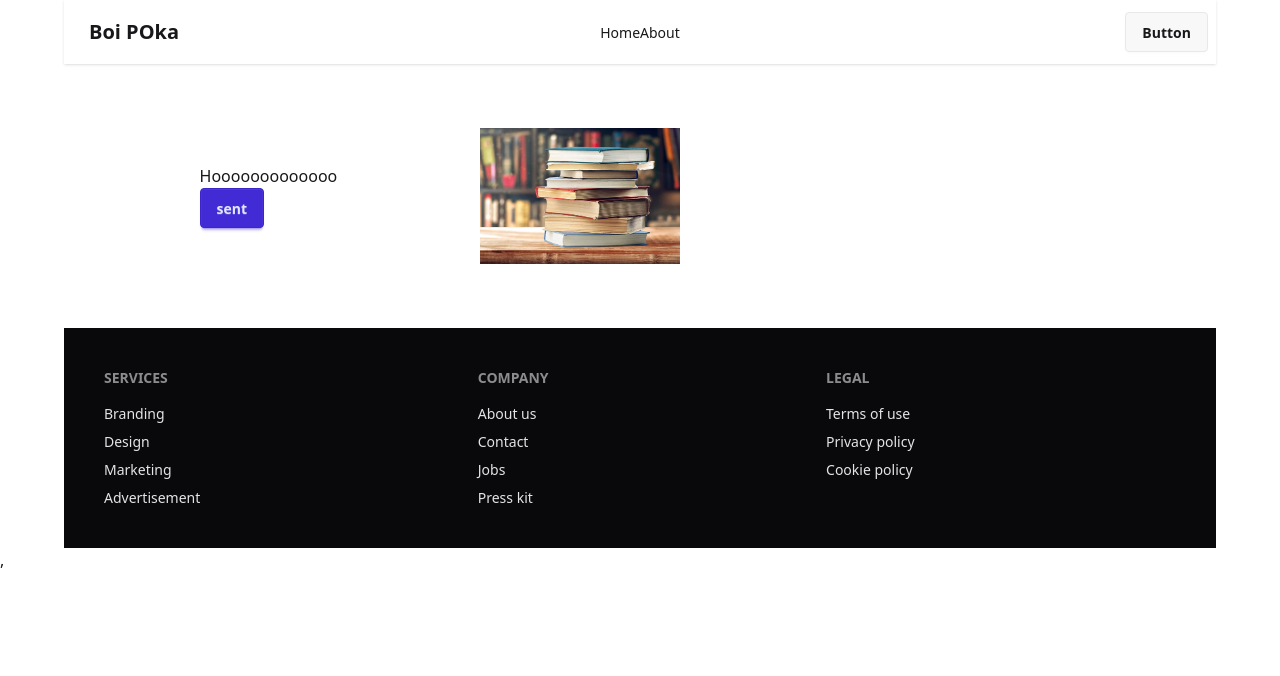
Repository: SanjidaSnigdha/Boipoka-Book-Vibe-Project
Page: /
These files come from the project's save history. The page is drawn as it stood at one moment and after the next save; the edit follows.
The browser window is 1280 px wide. The pictures show the whole page.
The project was rebuilt for these pictures with package versions that can differ from the ones it lists, and the page was loaded fresh each time. Also part of the build but not shown: vite.config.js, src/App.css, src/App.jsx, src/Pages/Root/ErrorPage/ErrorPage.jsx.

Above is the page before, as saved 2026-05-12 12:00:12.

After the next save:
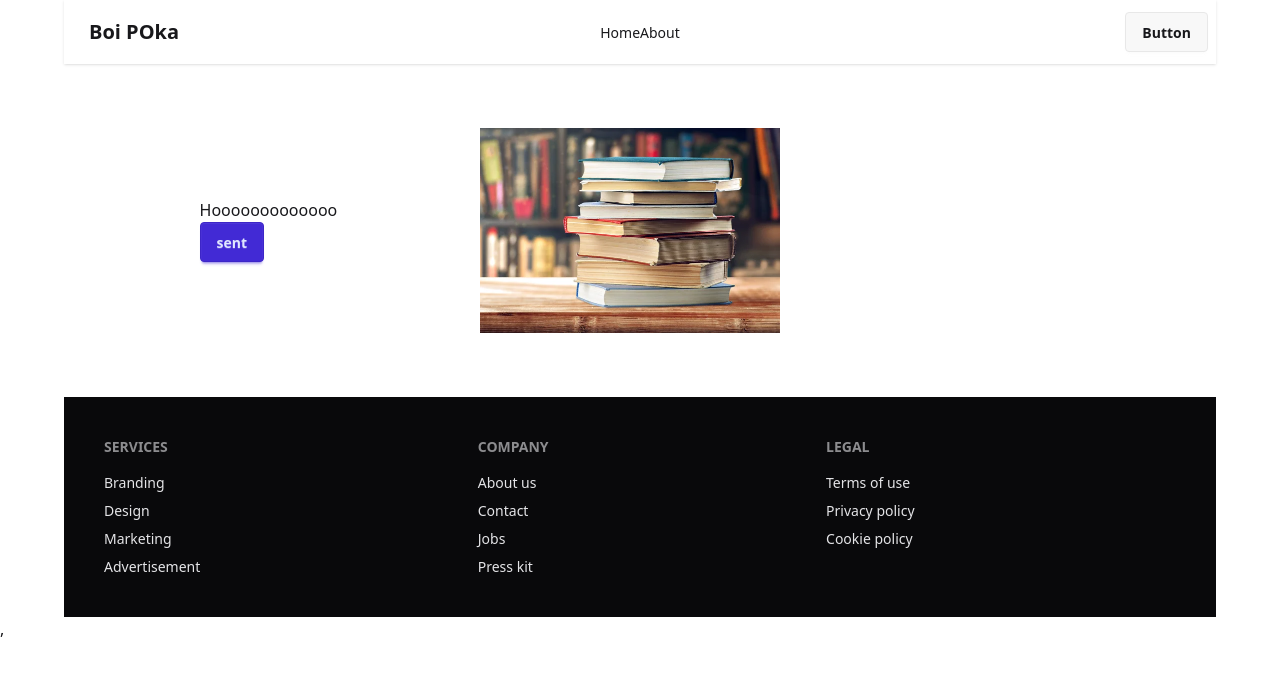
Saved 13 s later.
--- a/src/Components/Banner/Banner.jsx
+++ b/src/Components/Banner/Banner.jsx
@@ -9,7 +9,7 @@ const Banner = () => {
             <button className='btn btn-primary'>sent</button>
             </diV>
             <div>
-               <img className='w-4/12' src={bookImage} alt="" />
+               <img className='w-6/12' src={bookImage} alt="" />
             </div>
         </div>
     );
